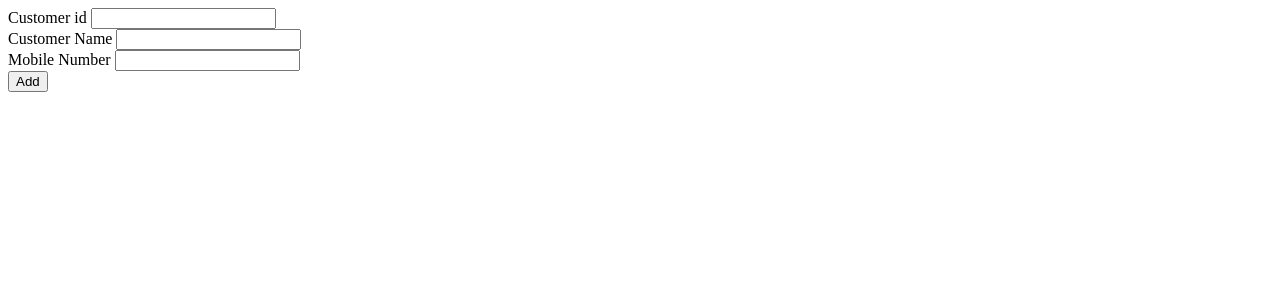
Repository: aishwarya-sankhla/JavaTraining
Page: http://localhost/JavaBeanExample/AddCutomer.jsp
An editor plug-in stored every save of this project. The page is shown before and after the next save, followed by the edit.
The browser window is 1280 px wide. The pictures show the whole page.
The page is served by Tomcat 9. Nobody is signed in. The application's start-up code is not run.

Above is the page before, as saved 2018-10-04 05:26:27.

After the next save:
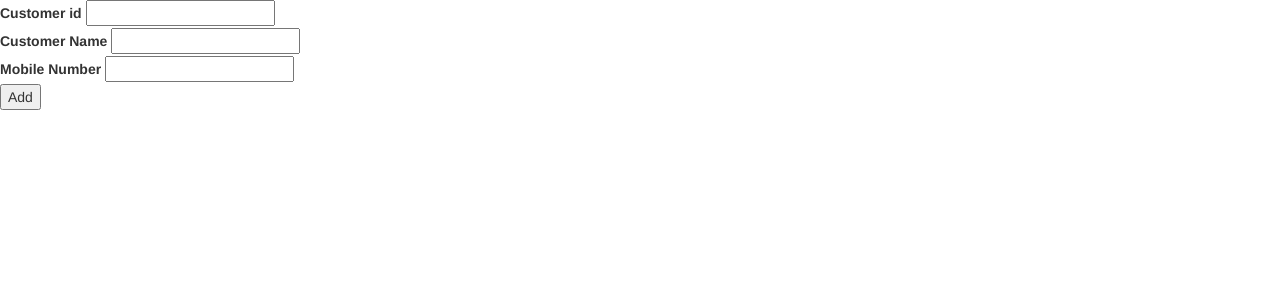
Saved 13 s later.
--- a/JavaBeanExample/WebContent/AddCutomer.jsp
+++ b/JavaBeanExample/WebContent/AddCutomer.jsp
@@ -4,6 +4,7 @@
 <html>
 <head>
 <meta http-equiv="Content-Type" content="text/html; charset=ISO-8859-1">
+<link rel="stylesheet" href="https://maxcdn.bootstrapcdn.com/bootstrap/3.3.7/css/bootstrap.min.css" integrity="sha384-BVYiiSIFeK1dGmJRAkycuHAHRg32OmUcww7on3RYdg4Va+PmSTsz/K68vbdEjh4u" crossorigin="anonymous">
 <title>Insert title here</title>
 </head>
 <body>
